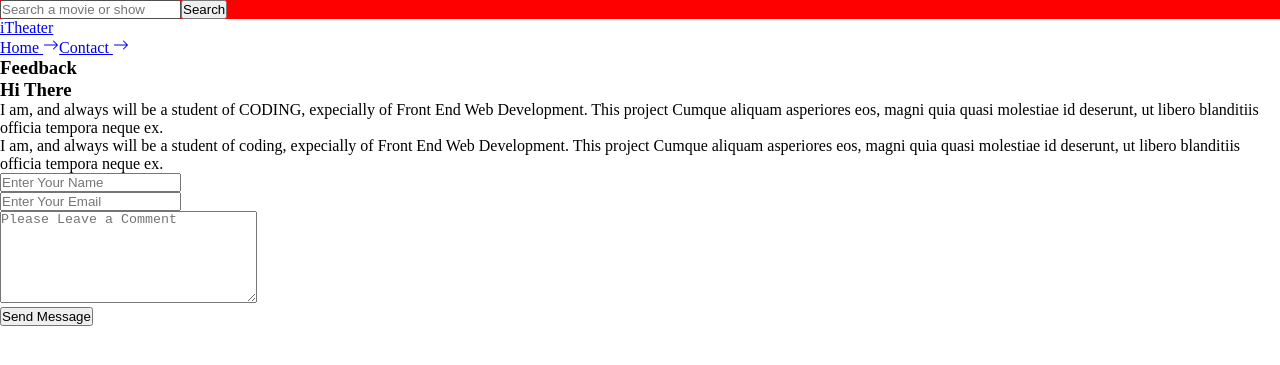
Repository: just-mann/itheater
Page: /contact
The author's editor kept a copy of each file at every save. The page is drawn from the files as they stood at one save, then again after the next save.
The browser window is 1280 px wide. The pictures show the whole page.
The page's requests for data from a server got no answer. Some web fonts or font styles are not loaded; a fallback is used. The project was rebuilt for these pictures with package versions that can differ from the ones it lists, and the page was loaded fresh each time. No one was signed in, and anything a server would have sent is missing. Also part of the build but not shown: src/components/MovieDetail.js, src/components/ShowList.js.

Above is the page before, as saved 2021-07-17 05:47:12.

### public/index.html
<!DOCTYPE html>
<html lang="en">
  <head>
    <meta charset="utf-8" />
    <link rel="icon" href="%PUBLIC_URL%/favicon.ico" />
    <meta name="viewport" content="width=device-width, initial-scale=1" />
    <meta name="theme-color" content="#000000" />
    <meta
      name="description"
      content="Web site created using create-react-app"
    />
    <link rel="apple-touch-icon" href="%PUBLIC_URL%/logo192.png" />
    <!--
      manifest.json provides metadata used when your web app is installed on a
      user's mobile device or desktop. See https://developers.google.com/web/fundamentals/web-app-manifest/
    -->
    <link rel="manifest" href="%PUBLIC_URL%/manifest.json" />
    <!--
      Notice the use of %PUBLIC_URL% in the tags above.
      It will be replaced with the URL of the `public` folder during the build.
      Only files inside the `public` folder can be referenced from the HTML.

      Unlike "/favicon.ico" or "favicon.ico", "%PUBLIC_URL%/favicon.ico" will
      work correctly both with client-side routing and a non-root public URL.
      Learn how to configure a non-root public URL by running `npm run build`.
    -->
    <title>iTheater | Learn More About Your Favorite Movies / TV Shows</title>
    <link rel="preconnect" href="https://fonts.googleapis.com">
    <link rel="preconnect" href="https://fonts.gstatic.com" crossorigin>
    <link href="https://fonts.googleapis.com/css2?family=Bungee+Inline&family=Otomanopee+One&family=Roboto:wght@300&family=Train+One&display=swap" rel="stylesheet">
  </head>
  <body>
    <noscript>You need to enable JavaScript to run this app.</noscript>
    <div id="root"></div>
    <!--
      This HTML file is a template.
      If you open it directly in the browser, you will see an empty page.

      You can add webfonts, meta tags, or analytics to this file.
      The build step will place the bundled scripts into the <body> tag.

      To begin the development, run `npm start` or `yarn start`.
      To create a production bundle, use `npm run build` or `yarn build`.
    -->
  </body>
</html>

### src/index.js
import React from 'react';
import ReactDOM from 'react-dom';
import './styles/style.css';
import App from './App';
import reportWebVitals from './reportWebVitals';

ReactDOM.render(
  <React.StrictMode>
    <App />
  </React.StrictMode>,
  document.getElementById('root')
);

// If you want to start measuring performance in your app, pass a function
// to log results (for example: reportWebVitals(console.log))
// or send to an analytics endpoint. Learn more: https://bit.ly/CRA-vitals
reportWebVitals();

### src/styles/style.css
* {
  padding: 0;
  margin: 0;
  box-sizing: border-box;
}

html {
  scroll-behavior: smooth;
}

.Header {
  background: red;
  width: 100%;
}/*# sourceMappingURL=style_20210716025908.css.map */

### src/App.js
import React from 'react';
import MovieContextProvider from './contexts/MovieContext';
import {BrowserRouter as Router, Switch, Route} from 'react-router-dom';
import Contact from './components/Contact';
import MovieDetail from './components/MovieDetail';
import ShowList from './components/ShowList';

const App = () => {
  return (
    <div className="App">
        <MovieContextProvider>
        <Router>
          <Switch>
            <Route exact path='/'>
              <ShowList />
            </Route>
            <Route exact path='/contact'>
              <Contact />
            </Route>
            <Route exact path='/:id'>
              <MovieDetail />
            </Route>
          </Switch>
        </Router>
        </MovieContextProvider>
    </div>
  );
}

export default App;

### src/contexts/MovieContext.js
import React, {useState, useEffect, createContext} from 'react';

export const movieContext = createContext();

const MovieContextProvider = (props) => {

    const [movie, setMovie] = useState('Bernie');
    const [isPending, setIsPending] = useState(true);

    // Data to be displayed...
    const [data, setData] = useState([])

    // Function to enter movie or show name
    const EnterShow = (show) => {
        setMovie(show);
    }

    useEffect(() => {
        setTimeout(() => {
            fetch(`http://www.omdbapi.com/?s=${movie}&apikey=2c0bfe2d`)
                .then(res => res.json())
                .then(data => {
                    setData(data.Search)
                    setIsPending(false)
                    console.log(data.Search)
                })
                .catch(err => {
                    console.log(err)
                    // setIsPending(true)
                })
        }, 2000)
    }, [movie])

    return (
        <movieContext.Provider value={{movie, data, EnterShow, isPending}}>
            {data && props.children}
        </movieContext.Provider>
    )
}

export default MovieContextProvider;

### src/components/Contact.js
import React, {useEffect} from 'react';
import emailjs from 'emailjs-com';
import Header from './Header';
import SideNav from './SideNav';




const Contact = () => {

    useEffect(() => {
        window.scrollTo(0, 0);
    })

    const sendMessage = (e) => {
        // Prevent default refresh
        e.prevendDefault();

        emailjs.sendForm('i_theater', "i_theater_app1245", e.target, 'user_q41WWjjATyZnRcd2GzQuI')
            .then(result => {
                console.log(result);
            }, (error) => {
                console.log(error)
            });

    }

    return (
        <div className="Contact">
            <Header />
            <SideNav />
            <div className="rightSide">
                <h3>Feedback</h3>
                <div className="row">
                    <div className="contactDet">
                        <h3>Hi There</h3>
                        <p>
                            I am, and always will be a student of <span>CODING</span>, expecially of
                            <span> Front End Web Development</span>. This project
                            Cumque aliquam asperiores eos,
                            magni quia quasi molestiae id deserunt, ut
                            libero blanditiis officia tempora neque ex.
                        </p>
                        <p>
                            I am, and always will be a student of coding, expecially of
                            Front End Web Development. This project
                            Cumque aliquam asperiores eos,
                            magni quia quasi molestiae id deserunt, ut
                            libero blanditiis officia tempora neque ex.
                        </p>
                    </div>
                    <form onSubmit={sendMessage}>
                        <div>
                            {/* <label htmlFor="name">Name</label> */}
                            <input type="text" name="name" id="name" placeholder="Enter Your Name" required/>
                        </div>
                        <div>
                            {/* <label htmlFor="email">Email</label> */}
                            <input type="email" name="email" id="email" placeholder="Enter Your Email" required/>
                        </div>
                        <div>
                            {/* <label htmlFor="message">Message</label> */}
                            <textarea name="message" id="message" cols="30" rows="6" placeholder="Please Leave a Comment" required></textarea>
                        </div>
                        <div>
                            <input type="submit" value="Send Message" />
                        </div>
                    </form>
                </div>
            </div>
        </div>
    )
}

export default Contact;

### src/components/Header.js
import React from 'react';
import Search from './Search';

const Header = () => {
    return (
        <div className="Header">
            <div className="my_container">
                <div className="dummyElement"></div>
                <Search />
            </div>
        </div>
    )
}

export default Header;

### src/components/SideNav.js
import React from 'react';
import {NavLink} from 'react-router-dom';
import {BsArrowRight} from 'react-icons/bs';

const SideNav = () => {
    return (
        <div className="SideNav">
            <div className="logoDiv">
                <NavLink className="app_Logo" to='/'>iTheater</NavLink>
            </div>
            <div className="links">
                <NavLink to='/'  activeClassName="active">Home <BsArrowRight className="arrows"/></NavLink>
                <NavLink to="/contact" activeClassName="active">Contact <BsArrowRight className="arrows"/></NavLink>
            </div>
        </div>
    )
}

export default SideNav;

### src/components/Search.js
import React, {useState, useContext, useEffect} from 'react';
import { useHistory } from 'react-router';
import {movieContext} from '../contexts/MovieContext';

const Search = () => {

    useEffect(() => {
        window.scrollTo(0, 0);
    })

    const history = useHistory();

    const {EnterShow} = useContext(movieContext)

    const [newSearch, setNewSearch] = useState('');

    const handleChange = (e) => {
        setNewSearch(e.target.value);
    }

    // const reDirect = () => {
    //     let path = '/';
    //     let history = useHistory();
    //     history.push(path);
    // }

    const handleSubmit = (e) => {
        e.preventDefault();
        EnterShow(newSearch);
        setNewSearch('');
        history.push('/')
    }

    return (
        <div className="Search">
            <form onSubmit={handleSubmit}>
                <input type='search' value={newSearch} placeholder='Search a movie or show' onChange={handleChange}/>
                <button>Search</button>
            </form>
        </div>
    )
}

export default Search;

Loaded but not shown: src/reportWebVitals.js (common file)

After the next save:
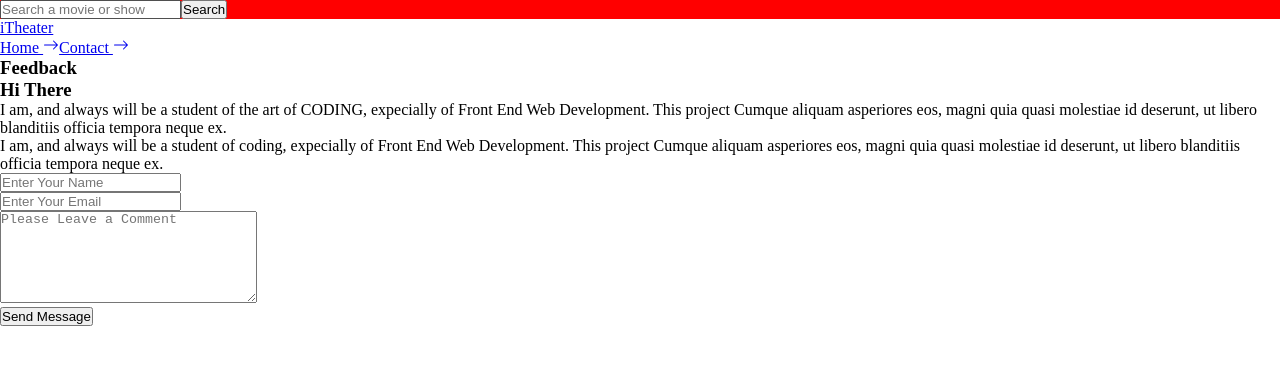
Saved 40 s later.
--- a/src/components/Contact.js
+++ b/src/components/Contact.js
@@ -35,7 +35,7 @@ const Contact = () => {
                     <div className="contactDet">
                         <h3>Hi There</h3>
                         <p>
-                            I am, and always will be a student of <span>CODING</span>, expecially of
+                            I am, and always will be a student of the art of <span>CODING</span>, expecially of
                             <span> Front End Web Development</span>. This project
                             Cumque aliquam asperiores eos,
                             magni quia quasi molestiae id deserunt, ut
